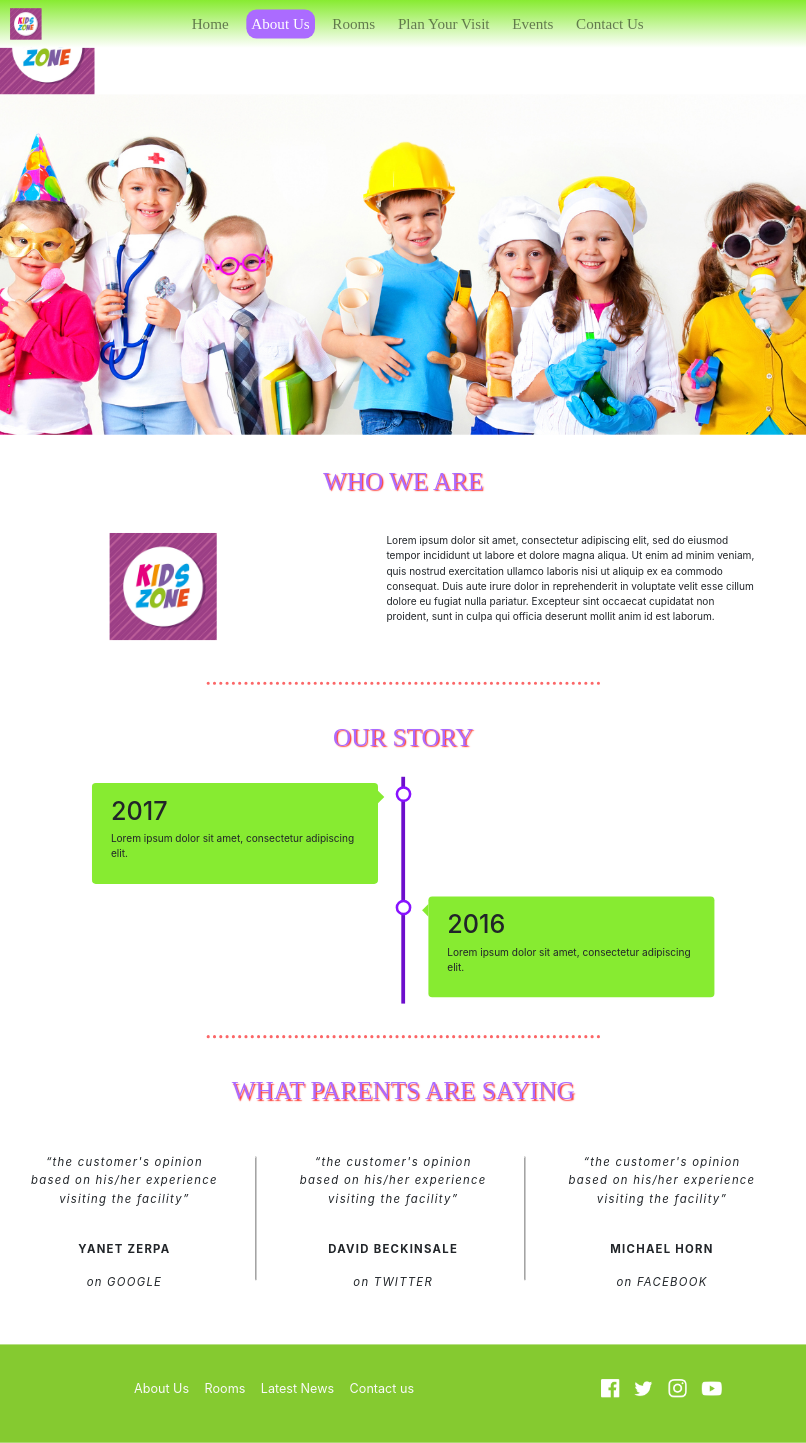
Repository: Code-Institute-Submissions/my-first-frontend-milestone-project
Page: about.html
The author's editor kept a record of every edit. The page is drawn from the files as they stood at one moment, then again after the next edit.
The browser window is 1280 px wide. The pictures show the whole page, at 63% of full size.
Some web fonts or font styles are not loaded; a fallback is used.

Above is the page before.

### about.html
<!DOCTYPE html>
<html lang="en">

<head>
    <meta charset="UTF-8">
    <meta name="viewport" content="width=device-width, initial-scale=1.0">
    <meta http-equiv="X-UA-Compatible" content="ie=edge">
    <script src="https://code.jquery.com/jquery-3.3.1.slim.min.js" integrity="sha384-q8i/X+965DzO0rT7abK41JStQIAqVgRVzpbzo5smXKp4YfRvH+8abtTE1Pi6jizo" crossorigin="anonymous"></script>
    <script src="https://cdnjs.cloudflare.com/ajax/libs/popper.js/1.14.7/umd/popper.min.js" integrity="sha384-UO2eT0CpHqdSJQ6hJty5KVphtPhzWj9WO1clHTMGa3JDZwrnQq4sF86dIHNDz0W1" crossorigin="anonymous"></script>
    <link rel="stylesheet" href="https://stackpath.bootstrapcdn.com/bootstrap/4.3.1/css/bootstrap.min.css" integrity="sha384-ggOyR0iXCbMQv3Xipma34MD+dH/1fQ784/j6cY/iJTQUOhcWr7x9JvoRxT2MZw1T" crossorigin="anonymous">
    <script src="https://stackpath.bootstrapcdn.com/bootstrap/4.3.1/js/bootstrap.min.js" integrity="sha384-JjSmVgyd0p3pXB1rRibZUAYoIIy6OrQ6VrjIEaFf/nJGzIxFDsf4x0xIM+B07jRM" crossorigin="anonymous"></script>
    <link rel="stylesheet" href="https://maxcdn.bootstrapcdn.com/font-awesome/4.7.0/css/font-awesome.min.css" type="text/css" />
    <link rel="stylesheet" href="css/style.css">
    <title>KiddosSpot</title>
</head>

<body>
<div id="page-wrapper">
    <header id="headerwrap">
        <div class="top-header-sec">
            <a href="about.html">
           <img src="./images/logo.jpg" width="150" height="150" alt="Kid's Spot Logo">
          </a>
        </div> <!-- top header -->
        <!-- Used Bootstrap's code for basic nav. -->
        <nav class="navbar fixed-top navbar-light
         navbar-expand-lg  navbar-fixed-top navstyle">
            <a class="navbar-brand" href="#">
           <img src="./images/logo.jpg" width="50" height="50" alt="">
          </a>
            <button class="navbar-toggler" type="button" data-toggle="collapse" data-target="#navbarSupportedContent" aria-controls="navbarSupportedContent" aria-expanded="false" aria-label="Toggle navigation">
              <span class="navbar-toggler-icon"></span>
          </button>
            <div class="collapse navbar-collapse" id="navbarSupportedContent">
                <ul class="nav navbar-nav mr-auto" style=" margin: 0 auto;">
                    <li class="nav-item">
                        <a class="nav-link" href="index.html">Home <span class="sr-only">(current)</span></a>
                    </li>
                    <li class="nav-item active2">
                        <a class="nav-link about-menu" href="about.html">About Us</a>
                    </li>
                    <li class="nav-item">
                        <a class="nav-link" href="rooms.html">Rooms</a>
                    </li>
                    <li class="nav-item">
                        <a class="nav-link" href="planyourvisit.html">Plan Your Visit</a>
                    </li>
                    <li class="nav-item">
                        <a class="nav-link" href="events.html">Events</a>
                    </li>
                    <li class="nav-item">
                        <a class="nav-link" href="contact.html">Contact Us</a>
                    </li>
            </div>
        </nav>
    </header>


    <section>
        <!-- Bootstrap grid approach for columns -->
        <div class="container-fluid">
            <div class="row">
                <div class="col-12 banner-about-us"></div>
            </div>
            <div class="row">
                <div class="col-12 subtitle-about uppercase">
                    <h2>Who we are</h2>
                </div>
            </div>
            <div class="row">
                <div class="col-md-5 about-image">
                    <p><img src="./images/logo.jpg" alt="Logo" style="width:170px;height:170px;margin-right:15px;">
                    </p>
                </div>
                <div class="col-md-7 about-text">
                    <p>Lorem ipsum dolor sit amet, consectetur adipiscing elit, sed do eiusmod tempor incididunt ut labore et dolore magna aliqua. Ut enim ad minim veniam, quis nostrud exercitation ullamco laboris nisi ut aliquip ex ea commodo consequat.
                        Duis aute irure dolor in reprehenderit in voluptate velit esse cillum dolore eu fugiat nulla pariatur. Excepteur sint occaecat cupidatat non proident, sunt in culpa qui officia deserunt mollit anim id est laborum.</p>
                </div>
            </div>
            <div class="row">
                <div class="col-md">
                    <div class="dotted-separator">
                    </div>
                    <h2 class="subtitle-about uppercase">Our Story</h2>
                </div>
            </div>
              <!-- Timeline code extracted from W3 Schools -->
            <div class="timeline">
                <div class="container-2 left">
                    <div class="content">
                        <h2>2017</h2>
                        <p>Lorem ipsum dolor sit amet, consectetur adipiscing elit.</p>
                    </div>
                </div>
                <div class="container-2 right">
                    <div class="content">
                        <h2>2016</h2>
                        <p>Lorem ipsum dolor sit amet, consectetur adipiscing elit.</p>
                    </div>
                </div>
            </div>
            <!-- what are people saying? -->
            <div class="row">
                <div class="col-sm-12">
                    <div class="dotted-separator">
                    </div>
                    <h2 class="subtitle-about uppercase">What Parents are Saying</h2>
                </div>
            </div>
            <div class="row">
                <div class="col-md-4">
                    <div class="quote">
                        <blockquote class="customer-review">
                            <q>the customer's opinion based on his/her experience visiting the facility</q>
                        </blockquote>
                        <div class="review-author">
                            <strong>Yanet Zerpa</strong>
                        </div>
                        <div class="review-author">
                            <p><em style="text-transform:lowercase;">on  </em><cite title="Google">Google</cite></p>
                        </div>
                    </div>
                    <div class="border"></div>
                </div>
                <div class="col-md-4">
                    <div class="quote">
                        <blockquote class="customer-review">
                            <q>the customer's opinion based on his/her experience visiting the facility</q>
                        </blockquote>
                        <div class="review-author">
                            <strong>David Beckinsale</strong>
                        </div>
                        <div class="review-author">
                            <p><em style="text-transform:lowercase;">on </em><cite title="Twitter">Twitter</cite></p>
                        </div>
                    </div>
                    <div class="border"></div>
                </div>
                <div class="col-md-4">
                    <div class="quote">
                        <blockquote class="customer-review">
                            <q>the customer's opinion based on his/her experience visiting the facility</q>
                        </blockquote>
                        <div class="review-author">
                            <strong>Michael Horn</strong>
                        </div>
                        <div class="review-author">
                            <p><em style="text-transform:lowercase;">on </em><cite title="Facebook">Facebook</cite></p>
                        </div>
                    </div>
                </div>
            </div>
        </div>
        <!-- container fluid -->
    </section>
    <footer class="container-fluid">
        <div id="footer-details" class="row">
            <div class="col-sm-8">
                <nav id="menu-widget-2">
                    <ul>
                        <li>
                            <a href="about.html">About Us</a></li>
                        <li>
                            <a href="rooms.html">Rooms</a></li>
                        <li>
                            <a href="news.html">Latest News</a></li>
                        <li>
                            <a href="contact.html">Contact us</a></li>
                    </ul>
                </nav>
            </div>
            <div id="social-media" class="col-sm-4">
                <a href="#" target="_blank">
                        <img src="./images/facebook.png">
                </a>
                <a href="#" target="_blank">
                        <img src="./images/twitter.png">
                </a>
                <a href="#" target="_blank">
                        <img src="./images/instagram.png">
                </a>
                <a href="#" target="_blank">
                        <img src="./images/youtube.png">
                </a>
            </div>
        </div>
    </footer>
</div> <!-- page-wrapper -->
</body>


</html>

Loaded but not shown: css/style.css (817 lines, source omitted)

After the next edit:
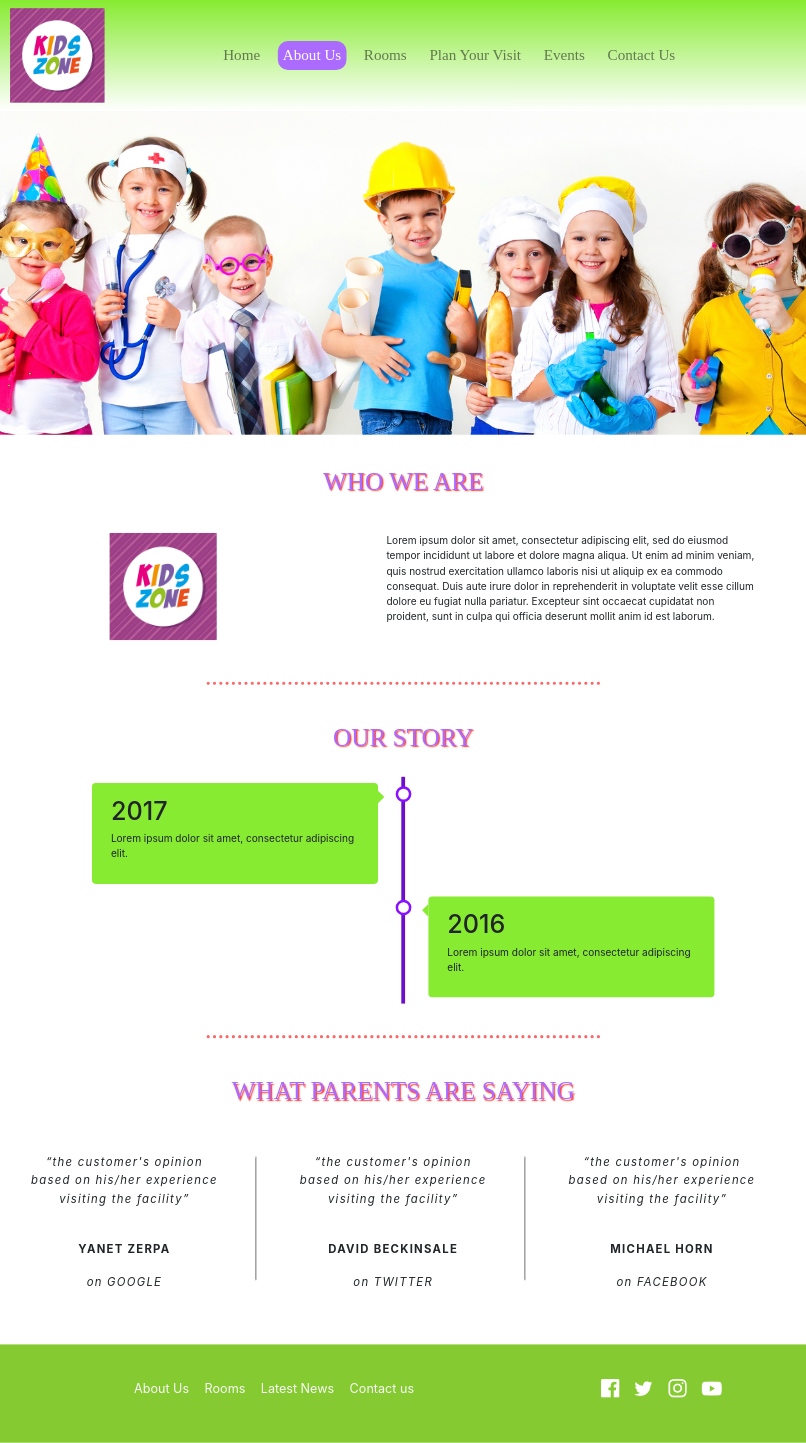
The edit:
--- a/about.html
+++ b/about.html
@@ -25,8 +25,8 @@
         <!-- Used Bootstrap's code for basic nav. -->
         <nav class="navbar fixed-top navbar-light
          navbar-expand-lg  navbar-fixed-top navstyle">
-            <a class="navbar-brand" href="#">
-           <img src="./images/logo.jpg" width="50" height="50" alt="">
+            <a class="navbar-brand" href="index.html">
+           <img src="./images/logo.jpg" width="150" height="150" alt="Kids Spot Logo">
           </a>
             <button class="navbar-toggler" type="button" data-toggle="collapse" data-target="#navbarSupportedContent" aria-controls="navbarSupportedContent" aria-expanded="false" aria-label="Toggle navigation">
               <span class="navbar-toggler-icon"></span>
